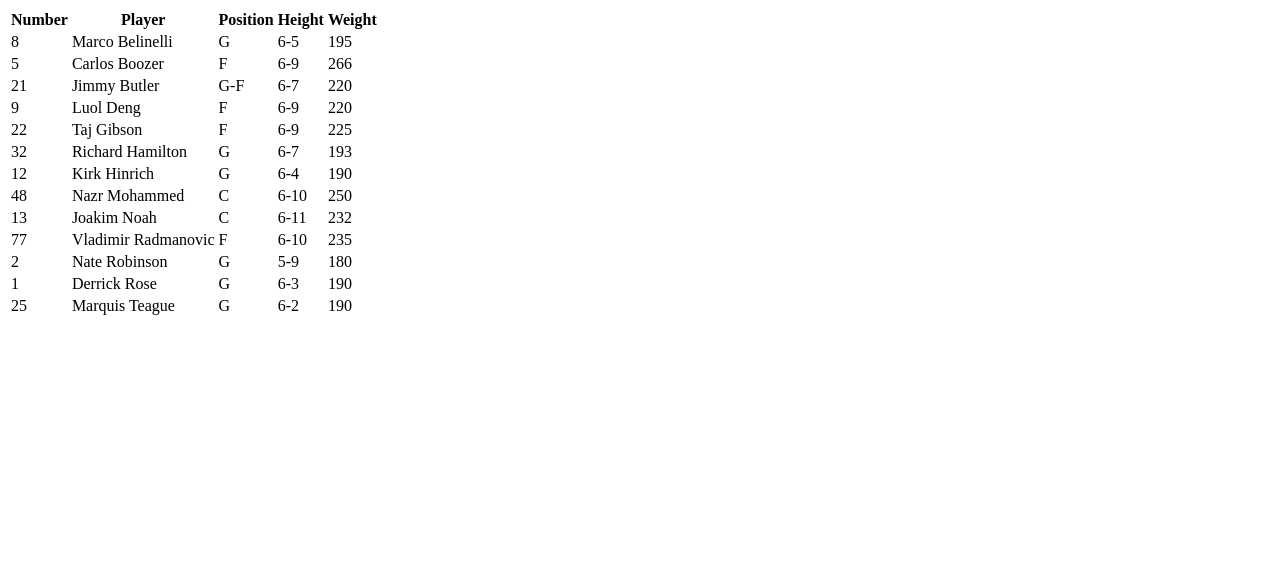
Repository: pvntlc/D-IT-Tech-Internship
Page: work_web/Day4/src/main/webapp/NewFile.html
An editor plug-in stored every save of this project. The page is shown before and after the next save, followed by the edit.
The browser window is 1280 px wide. The pictures show the whole page.

Above is the page before, as saved 2023-09-14 05:24:25.

After the next save:
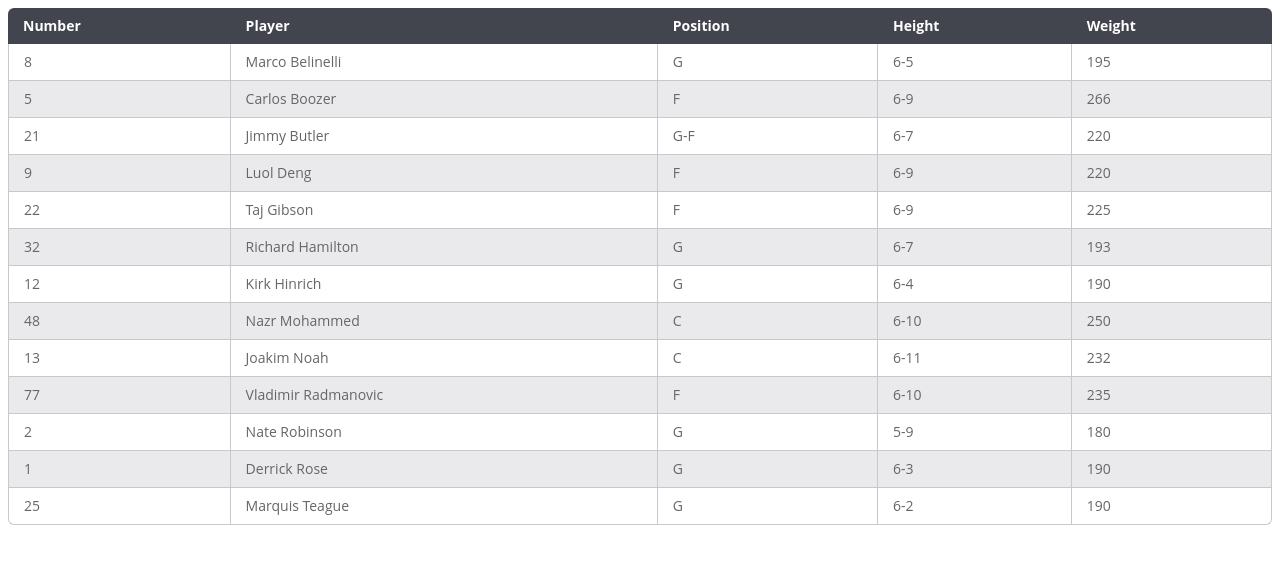
Saved 16 s later.
--- a/work_web/Day4/src/main/webapp/NewFile.html
+++ b/work_web/Day4/src/main/webapp/NewFile.html
@@ -3,6 +3,48 @@
 <head>
 <meta charset="UTF-8">
 <title>Insert title here</title>
+<style>
+	body {
+  color: #666;
+  font: 14px/24px "Open Sans", "HelveticaNeue-Light", "Helvetica Neue Light", "Helvetica Neue", Helvetica, Arial, "Lucida Grande", Sans-Serif;
+}
+table {
+  border-collapse: separate;
+  border-spacing: 0;
+  width: 100%;
+}
+th,
+td {
+  padding: 6px 15px;
+}
+th {
+  background: #42444e;
+  color: #fff;
+  text-align: left;
+}
+tr:first-child th:first-child {
+  border-top-left-radius: 6px;
+}
+tr:first-child th:last-child {
+  border-top-right-radius: 6px;
+}
+td {
+  border-right: 1px solid #c6c9cc;
+  border-bottom: 1px solid #c6c9cc;
+}
+td:first-child {
+  border-left: 1px solid #c6c9cc;
+}
+tr:nth-child(even) td {
+  background: #eaeaed;
+}
+tr:last-child td:first-child {
+  border-bottom-left-radius: 6px;
+}
+tr:last-child td:last-child {
+  border-bottom-right-radius: 6px;
+}
+</style>
 </head>
 <body>
 <table>
